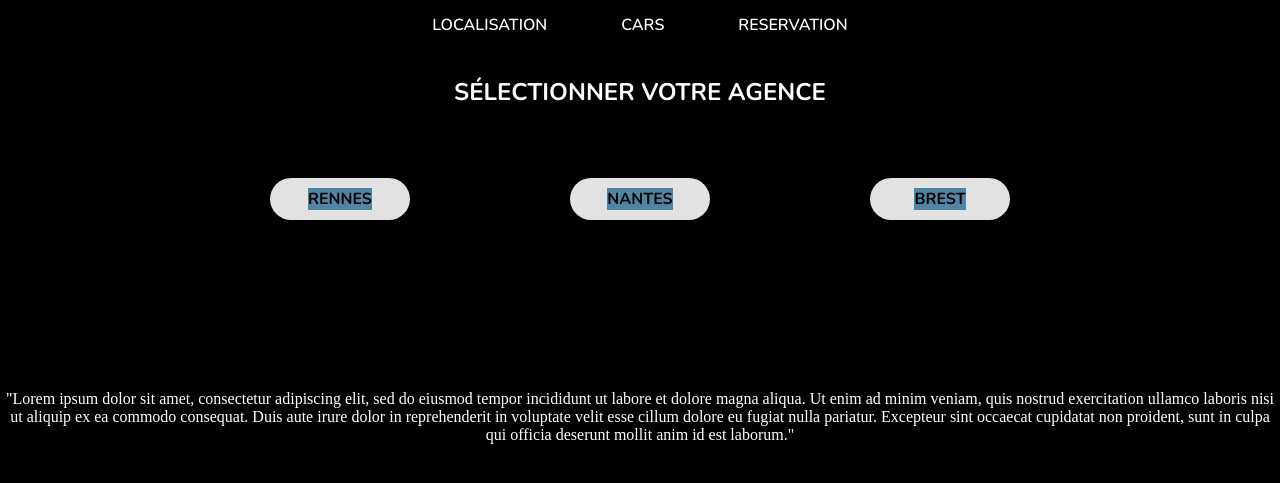
Repository: romgrm/jenaipasdevoiture
Page: src/main/java/fr/romgrm/index.html
These files come from the project's save history. The page is drawn as it stood at one moment and after the next save; the edit follows.
The browser window is 1280 px wide. The pictures show the whole page.
An inner scrolling area shows only its first screen.

Above is the page before, as saved 2020-10-15 21:51:56.

After the next save:
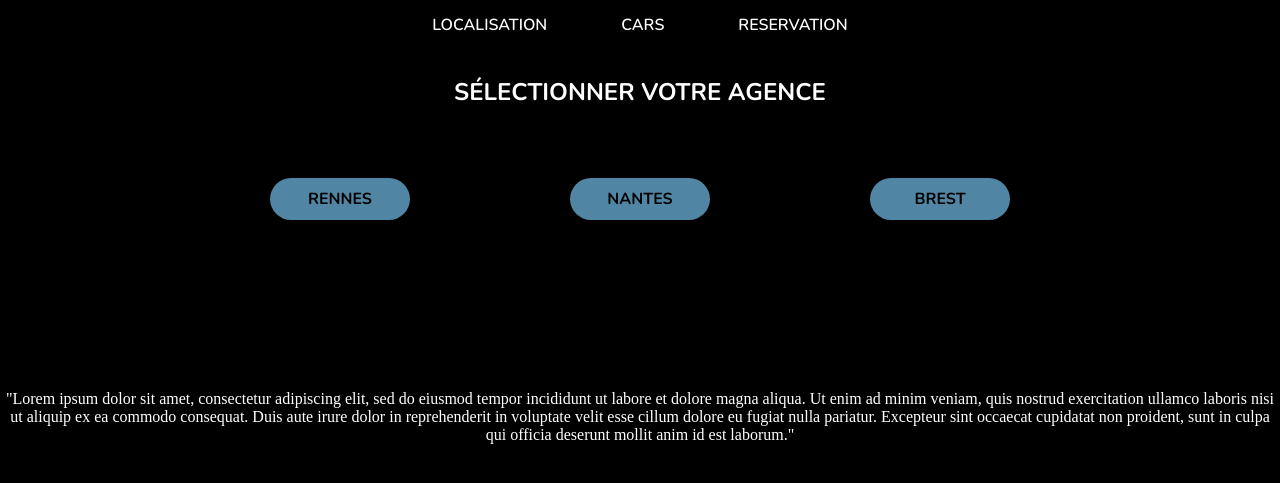
Saved 17 s later.
--- a/src/main/java/fr/romgrm/style.css
+++ b/src/main/java/fr/romgrm/style.css
@@ -120,7 +120,11 @@ Section{
 
 }
 
-
+#LOCALISATION ul li a{
+    font-family: 'Nunito', sans-serif;
+    font-weight: 700;
+    color: black;
+}
 
 /*
 
@@ -140,16 +144,12 @@ Section{
 
 }
 
-#LOCALISATION ul li a, .agence:hover{
+#LOCALISATION ul li:hover a, .agence{
     background-color: rgb(80, 133, 163);
     color: white;
 }
 
-#LOCALISATION ul li a{
-    font-family: 'Nunito', sans-serif;
-    font-weight: 700;
-    color: black;
-}
+
 
 
 #LOCALISATION p{
